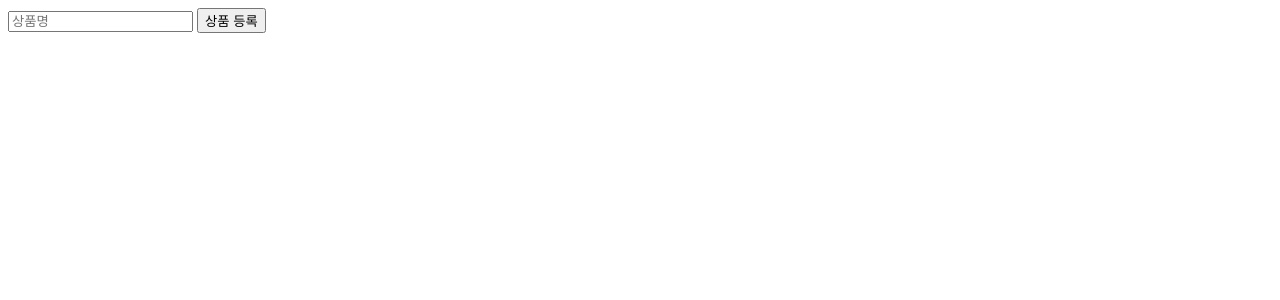
Repository: kys3189/jsp
Page: http://localhost/mybatis/write.jsp
An editor plug-in stored every save of this project. The page is shown before and after the next save, followed by the edit.
The browser window is 1280 px wide. The pictures show the whole page.
The page is served by Tomcat 9.

Above is the page before, as saved 2025-03-05 06:14:39.

After the next save:
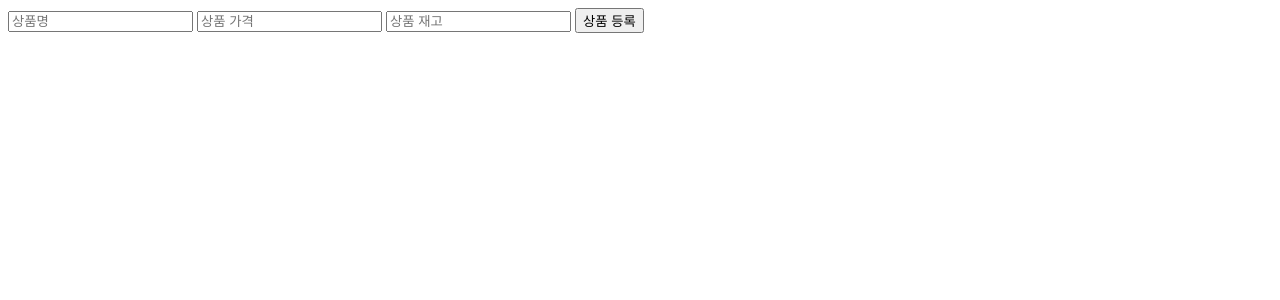
Saved 2 min 2 s later.
--- a/mybatis/src/main/webapp/write.jsp
+++ b/mybatis/src/main/webapp/write.jsp
@@ -9,7 +9,13 @@
 <body>
 	<form action="">
 		<label>
-			<input type="text", name="", placeholder="상품명"/>
+			<input type="text", name="productName", placeholder="상품명"/>
+		</label>
+		<label>
+			<input type="text", name="productPrice", placeholder="상품 가격"/>
+		</label>
+		<label>
+			<input type="text", name="productStock", placeholder="상품 재고"/>
 		</label>
 		<button>상품 등록</button>
 	</form>
